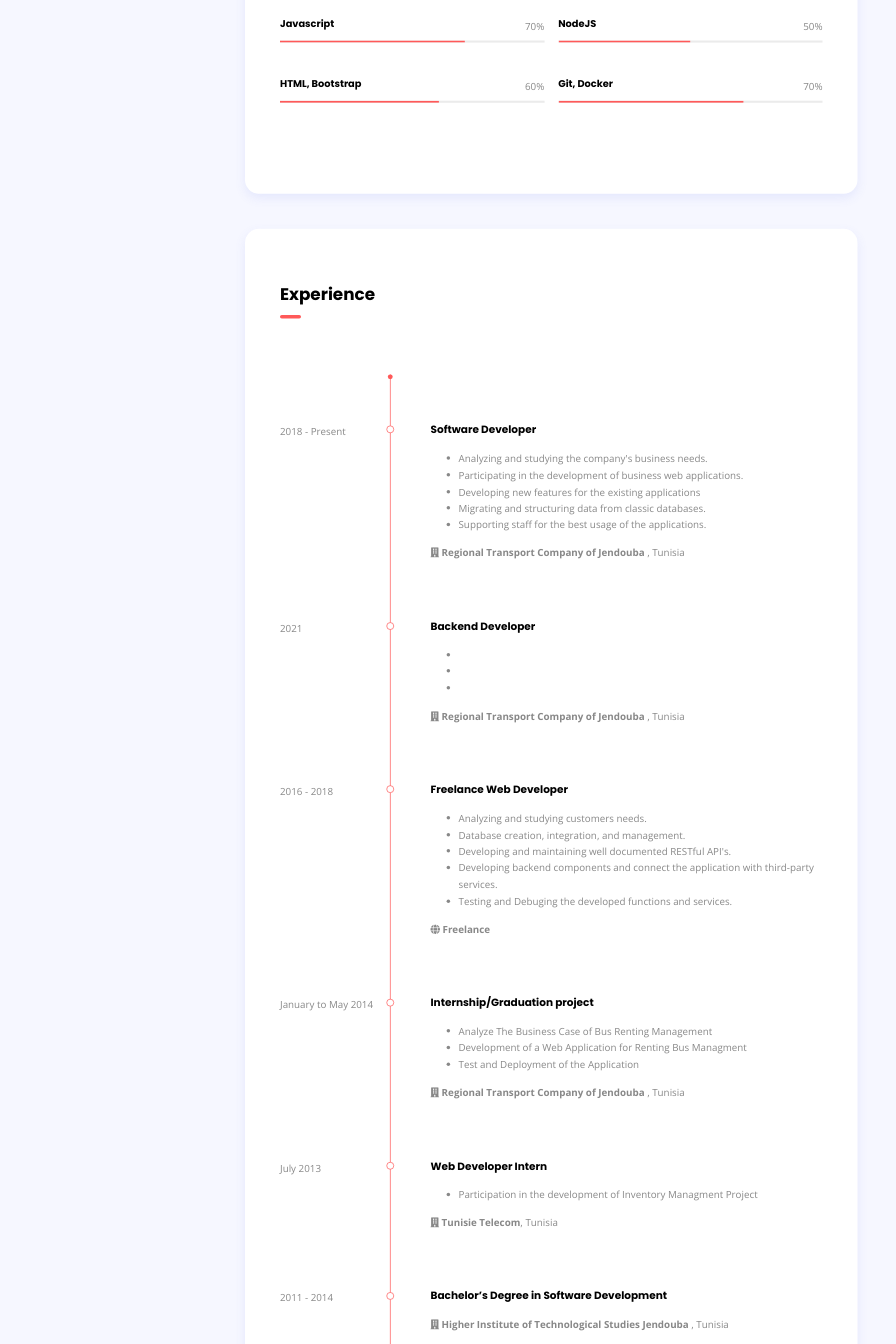
Repository: Adib128/Adib128.github.io
Page: index.html
The author's editor kept a copy of each file at every save. The page is drawn from the files as they stood at one save, then again after the next save.
The browser window is 1280 px wide. The pictures show the part of the page from y = 2017 to 3937 px (the page is 5815 px tall), at 70% of full size.

Above is the page before, as saved 2021-10-21 17:31:56.

After the next save:
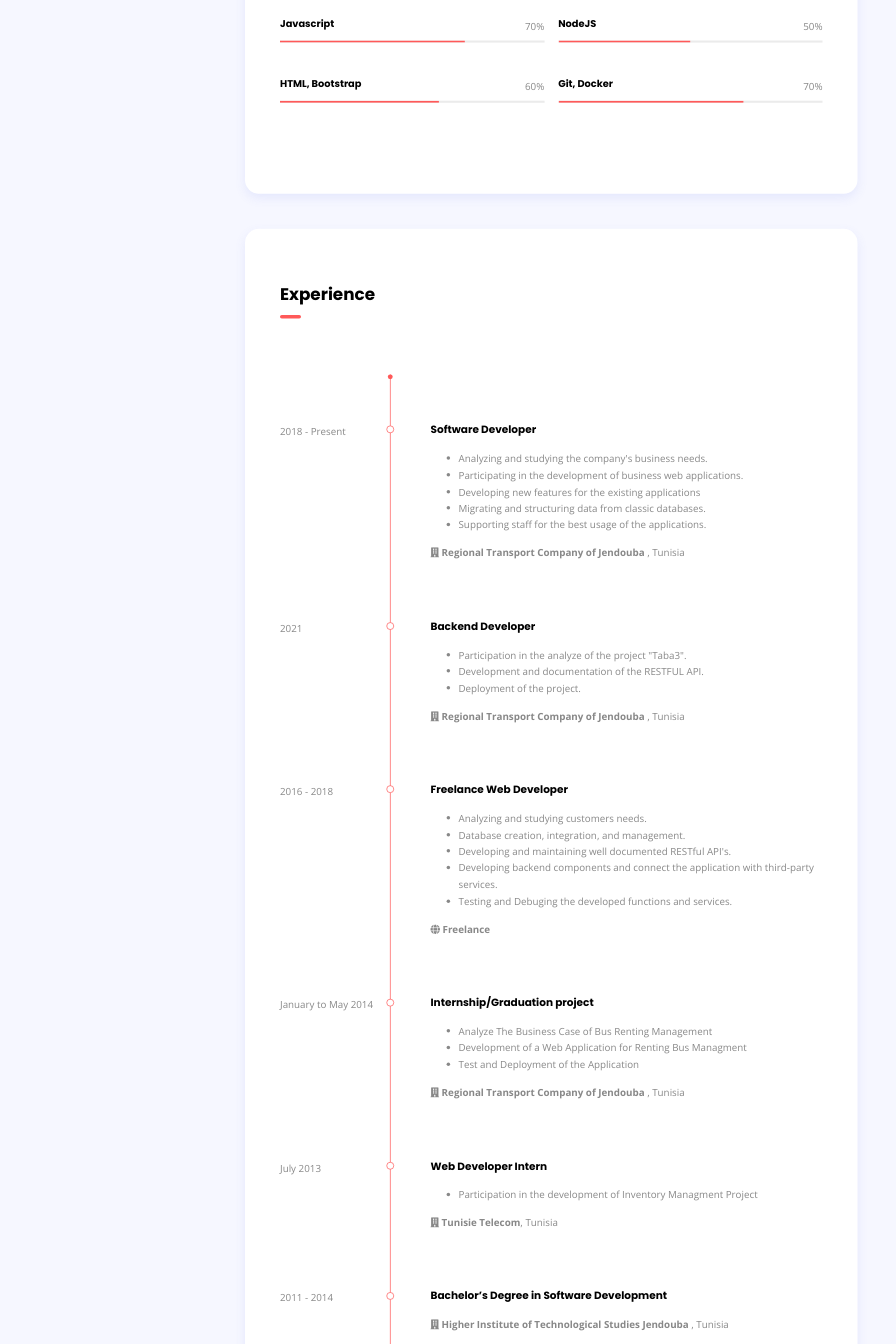
Saved 39 s later.
--- a/index.html
+++ b/index.html
@@ -71,7 +71,7 @@
 					<!-- social icons -->
 					<ul class="social-icons list-inline">
 						<li class="list-inline-item"><a href="https://github.com/Adib128/" target="_blank"><i
-							class="fab fa-github"></i></a></li>
+									class="fab fa-github"></i></a></li>
 						<li class="list-inline-item"><a href="https://www.facebook.com/aouadi.adib/" target="_blank"><i
 									class="fab fa-facebook-f"></i></a></li>
 						<li class="list-inline-item"><a href="https://twitter.com/Adib128" target="_blank"><i
@@ -98,7 +98,8 @@
 						across the globe to create high performance APIs and Web Applications.
 						I'm ready for new adventure let's get in touch now.
 					</p>
-					<a href="./cv/cv_aouadi_mohamed_adib.pdf" target="_blank" class="btn btn-default btn-lg mr-3"><i class="icon-cloud-download" download></i>Download CV</a>
+					<a href="./cv/cv_aouadi_mohamed_adib.pdf" target="_blank" class="btn btn-default btn-lg mr-3"><i
+							class="icon-cloud-download" download></i>Download CV</a>
 					<a href="#contact" class="btn btn-border-light btn-lg"><i class="icon-envelope"></i>Get in touch</a>
 				</div>
 				<div class="overlay"></div>
@@ -325,9 +326,9 @@
 						<div class="body">
 							<h4 class="mt-0">Backend Developer</h4>
 							<ul>
-								<li> </li>
-								<li> </li>
-								<li> </li>
+								<li>Participation in the analyze of the project "Taba3".</li>
+								<li>Development and documentation of the RESTFUL API.</li>
+								<li>Deployment of the project.</li>
 							</ul>
 							<p> <i class="fa fa-building"></i><b> Regional Transport Company of Jendouba</b> , Tunisia
 							</p>
@@ -343,7 +344,8 @@
 								<li> Analyzing and studying customers needs. </li>
 								<li> Database creation, integration, and management. </li>
 								<li> Developing and maintaining well documented RESTful API's. </li>
-								<li> Developing backend components and connect the application with third-party services.</li>
+								<li> Developing backend components and connect the application with third-party
+									services.</li>
 								<li> Testing and Debuging the developed functions and services.</li>
 							</ul>
 							<p> <i class="fa fa-globe"></i><b> Freelance</b>
